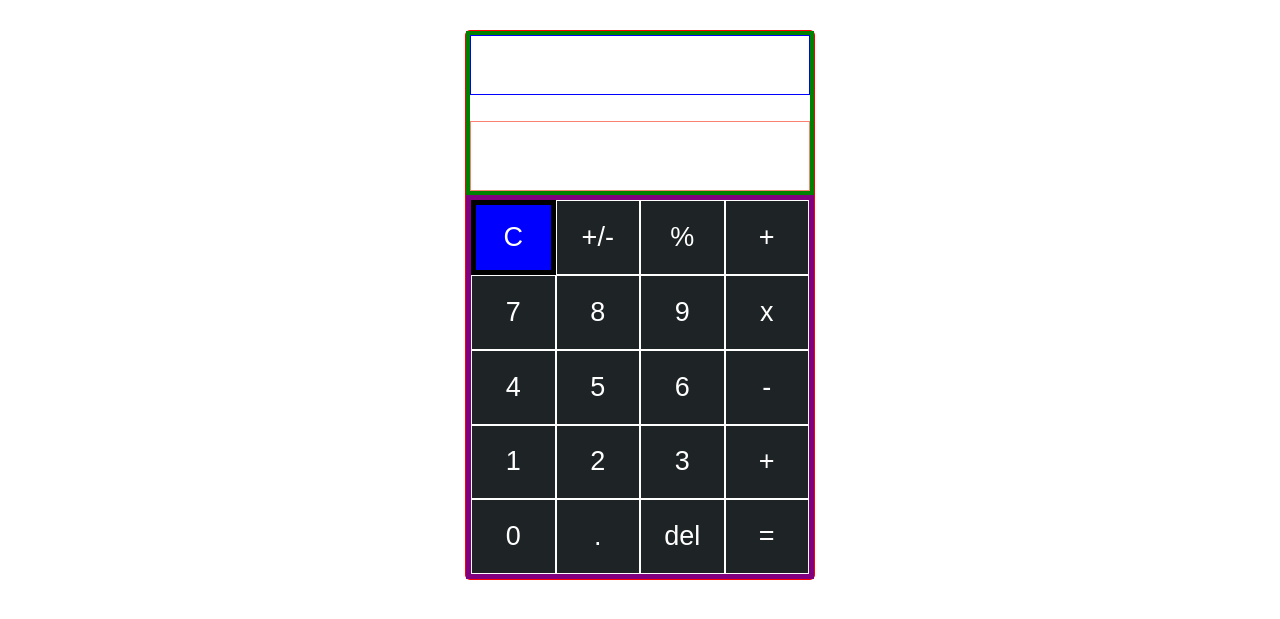
Repository: OfirLana/Calculator
Page: index.html
The author's editor kept a copy of each file at every save. The page is drawn from the files as they stood at one save, then again after the next save.
The browser window is 1280 px wide. The pictures show the whole page.
The first visible `.opeartor_button` is being pressed.

Above is the page before, as saved 2019-03-12 19:43:00.

After the next save:
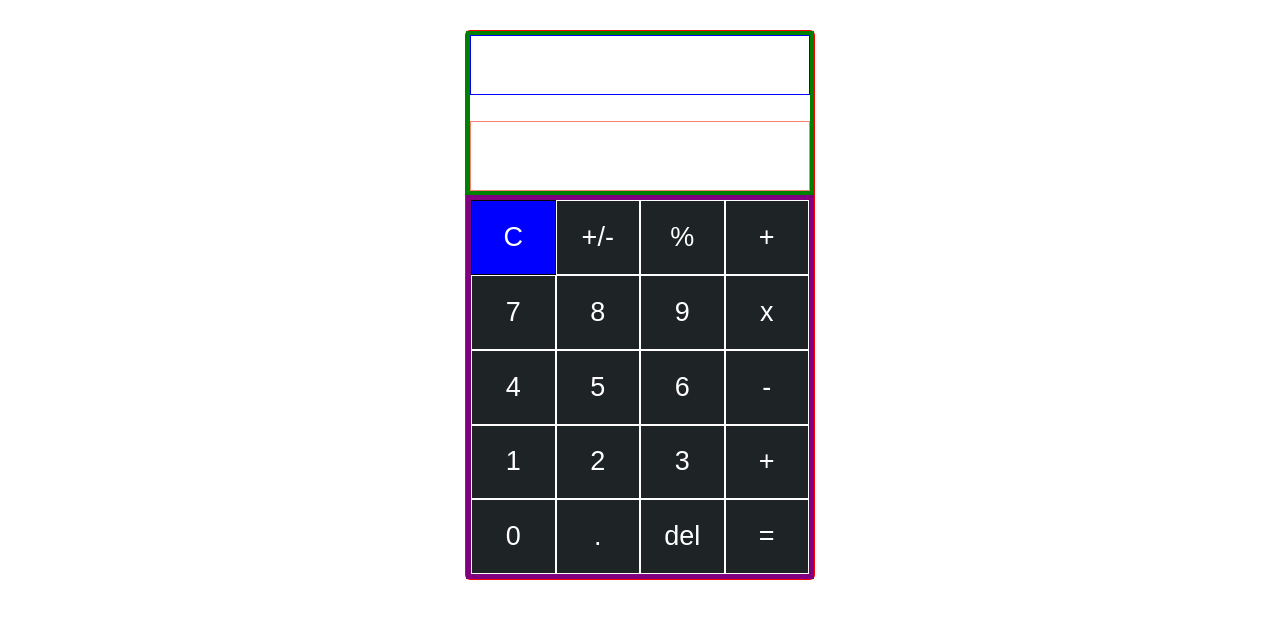
Saved 12 s later.
--- a/style.css
+++ b/style.css
@@ -70,5 +70,5 @@ body {
 
 .opeartor_button:active{
     background:blue;
-    border:5px solid black;
+    border:1px solid black;
 }
